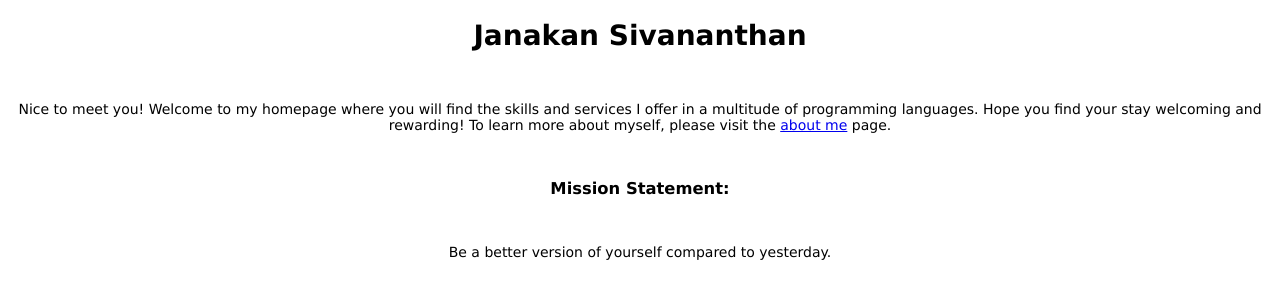
Repository: JanakanS95/COMP-229-Assignment-1
Page: http://localhost/
These files come from the project's save history. The page is drawn as it stood at one moment and after the next save; the edit follows.
The browser window is 1280 px wide. The pictures show the whole page.
The page is served by the project's Node server (app.js).

Above is the page before, as saved 2021-06-04 06:35:51.

After the next save:
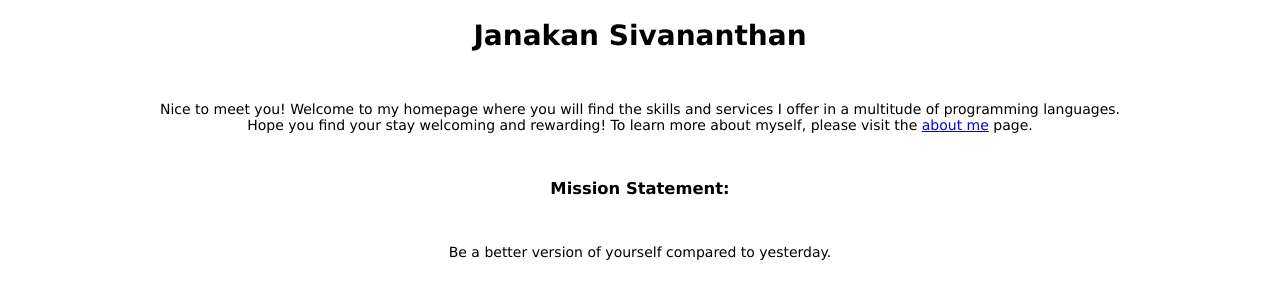
Saved 21 s later.
--- a/views/index.ejs
+++ b/views/index.ejs
@@ -12,7 +12,7 @@
   <br>
   <div>
     <p>Nice to meet you! Welcome to my homepage where you will find the skills and services
-      I offer in a multitude of programming languages. Hope you find your stay welcoming and
+      I offer in a multitude of programming languages. <br> Hope you find your stay welcoming and
       rewarding! To learn more about myself, please visit the <a href="about"> about me</a> page.
     </p>
   </div>
